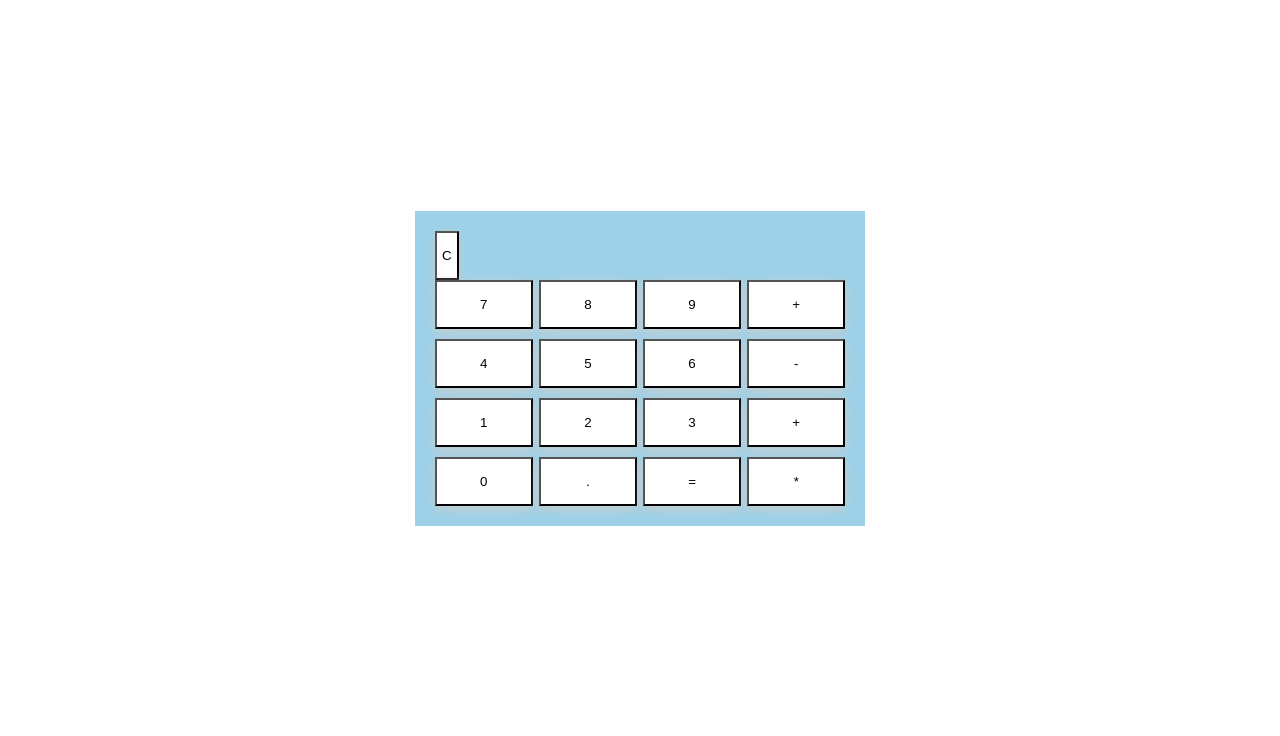
Repository: sem1103/calculator
Page: index.html
An editor plug-in stored every save of this project. The page is shown before and after the next save, followed by the edit.
The browser window is 1280 px wide. The pictures show the whole page.

Above is the page before, as saved 2023-11-01 19:45:07.

After the next save:
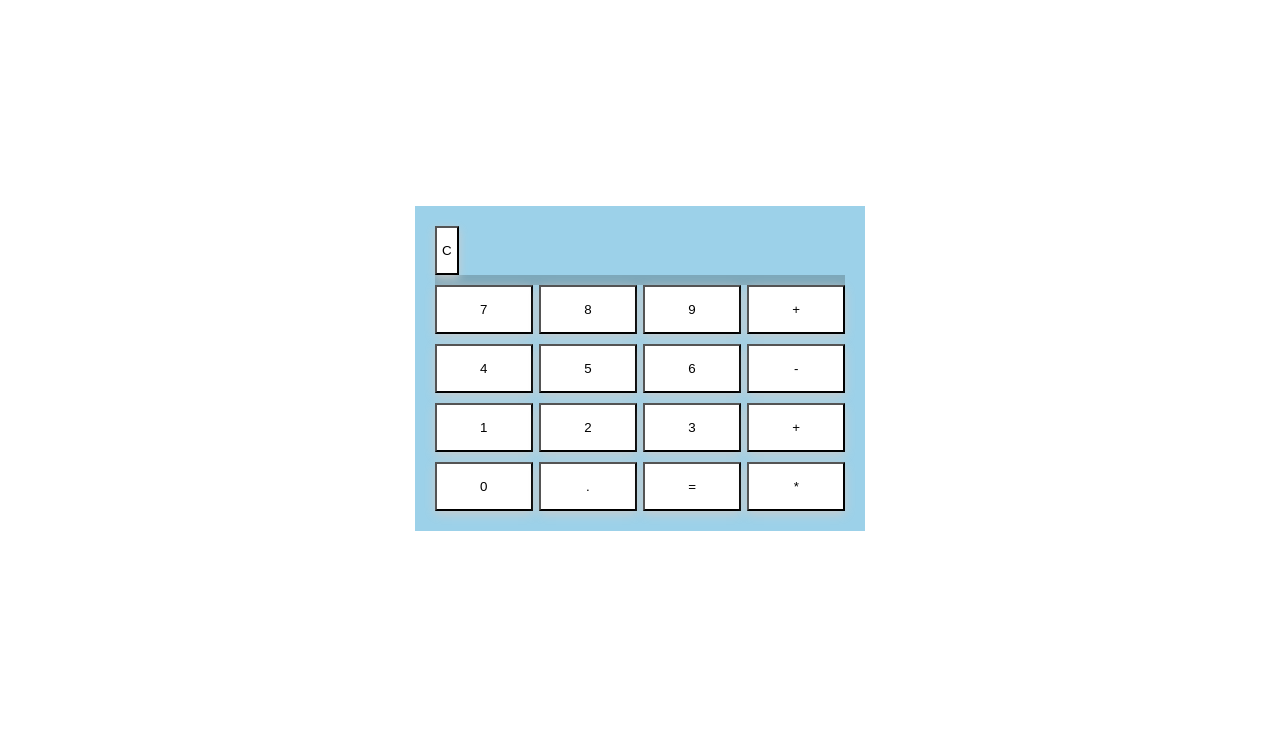
Saved 68 s later.
--- a/index.html
+++ b/index.html
@@ -18,7 +18,10 @@
             background-color: #9cd1e9;
             padding: 20px;
         }
-
+        .calc__display{
+            padding: 5px;
+            background-color: #7da8ba;
+        }
         .calc__main {
             display: flex;
             flex-direction: row;
